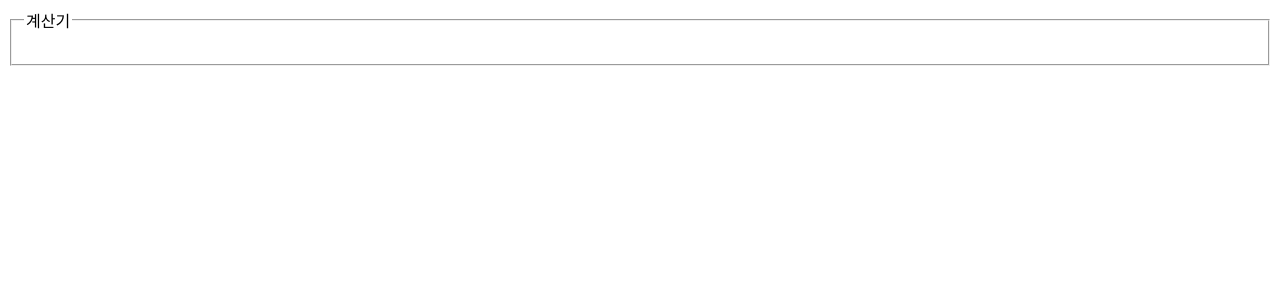
Repository: Kebiskim/2023_jspStudy
Page: 01_servlet/src/main/webapp/view/Ex07.html
An editor plug-in stored every save of this project. The page is shown before and after the next save, followed by the edit.
The browser window is 1280 px wide. The pictures show the whole page.

Above is the page before, as saved 2023-06-30 04:13:07.

### 01_servlet/src/main/webapp/view/Ex07.html
<!DOCTYPE html>
<html>
<head>
<meta charset="UTF-8">
<title>Calculator</title>
<style type="text/css">
	#border1{
	  width : 300px;
	  height: auto;
	  border: 1px solid lightgray;
	  padding: 10px;
	}
</style>
</head>
<body>
	<!-- <div id="border1">
		<p>계산기</p>
		<p>수1: <input type="text" name="num1" id="num1"></p>
		<p>수2: <input type="text" name="num2" id="num2"></p>
		<p>연산자: <input type="radio" name="chk_info" value="CSS">+
				 <input type="radio" name="chk_info" value="CSS">-
				 <input type="radio" name="chk_info" value="CSS">*
				 <input type="radio" name="chk_info" value="CSS">/
		</p>
		<button>결과보기</button>
	</div> -->

	<div>
		<form action="/01_servlet/Ex07" method="get">
			<fieldset>
				<legend>계산기</legend>
				<p><label 수1 : ></label></p>
			</fieldset>
		</form>
	</div>
</body>
</html>

After the next save:
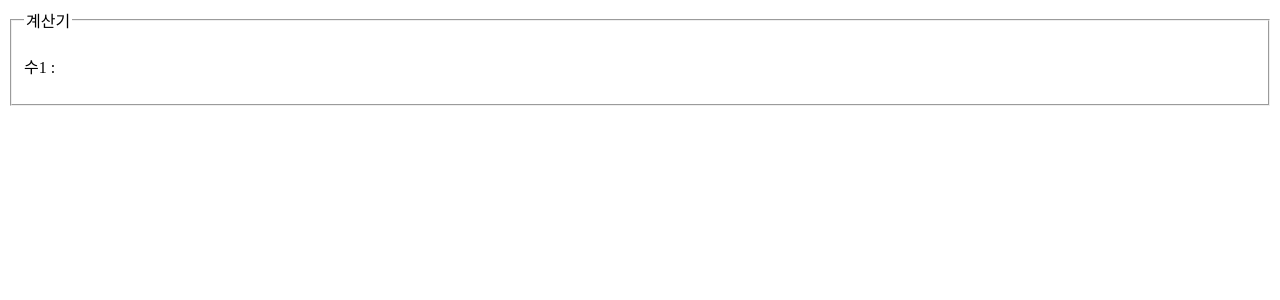
Saved 9 s later.
--- a/01_servlet/src/main/webapp/view/Ex07.html
+++ b/01_servlet/src/main/webapp/view/Ex07.html
@@ -29,7 +29,7 @@
 		<form action="/01_servlet/Ex07" method="get">
 			<fieldset>
 				<legend>계산기</legend>
-				<p><label 수1 : ></label></p>
+				<p><label>수1 : </label></p>
 			</fieldset>
 		</form>
 	</div>
